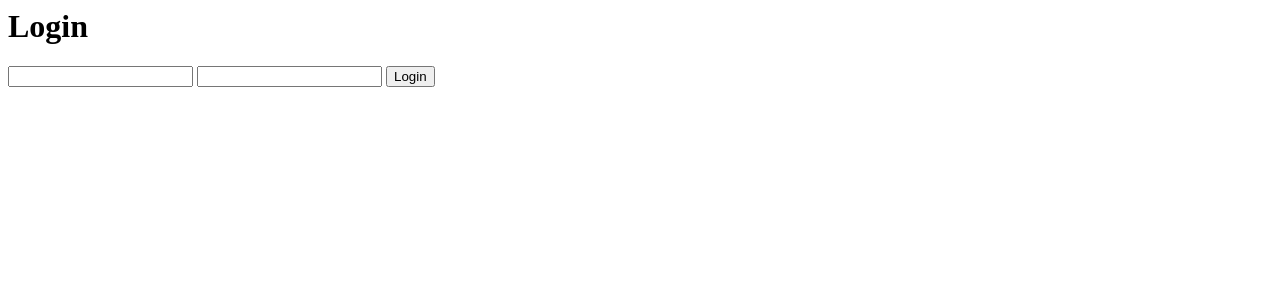
Repository: ricky-026/webdevbootcamp
Page: http://localhost/login
The author's editor kept a record of every edit. The page is drawn from the files as they stood at one moment, then again after the next edit.
The browser window is 1280 px wide. The pictures show the whole page.
The page is served by the project's Node server (Authentication/AuthDemo/app.js).

Above is the page before.

After the next edit:
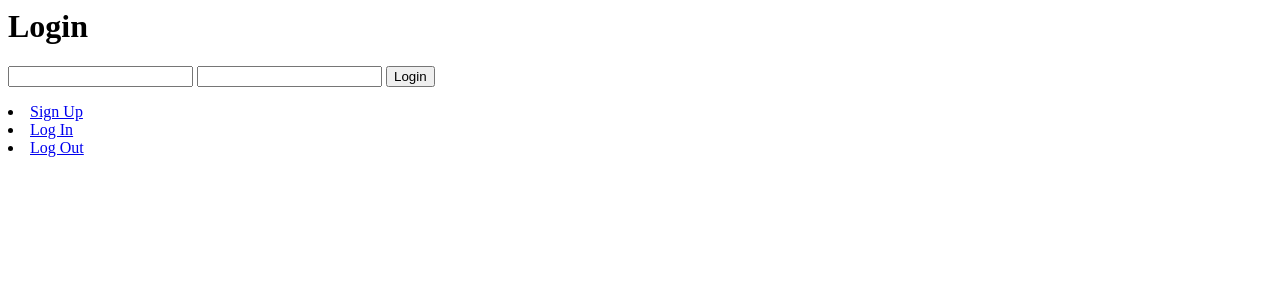
The edit:
--- a/Authentication/AuthDemo/views/login.ejs
+++ b/Authentication/AuthDemo/views/login.ejs
@@ -6,3 +6,8 @@
     <input type="password" name="password">
     <button>Login</button>
 </form>
+
+
+<li><a href="/register">Sign Up</a></li>
+<li><a href="/login">Log In</a></li>
+<li><a href="/logout">Log Out</a></li>
